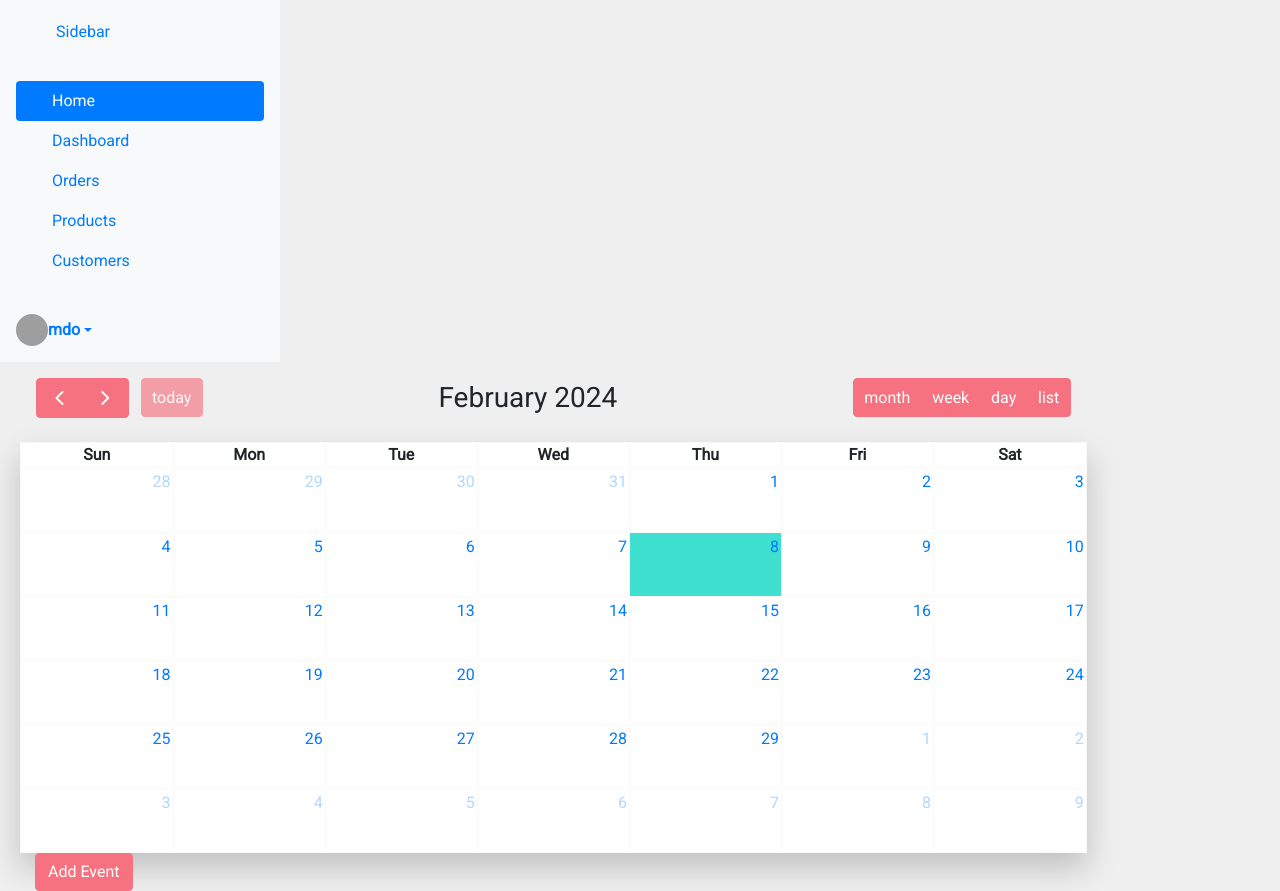
Repository: marios-petrov/NuPath
Page: softwareengineering1/calendarapp/templates/dataTest.html
The author's editor kept a copy of each file at every save. The page is drawn from the files as they stood at one save, then again after the next save.
The browser window is 1280 px wide. The pictures show the whole page.
Pictures or frames that could not be fetched are drawn as grey boxes. The template is drawn by Django 5.2. The application's start-up code is not run. The template is opened directly, without the code that normally fills it, so the values that code supplies are empty.

Above is the page before, as saved 2024-02-21 19:43:20.

After the next save:
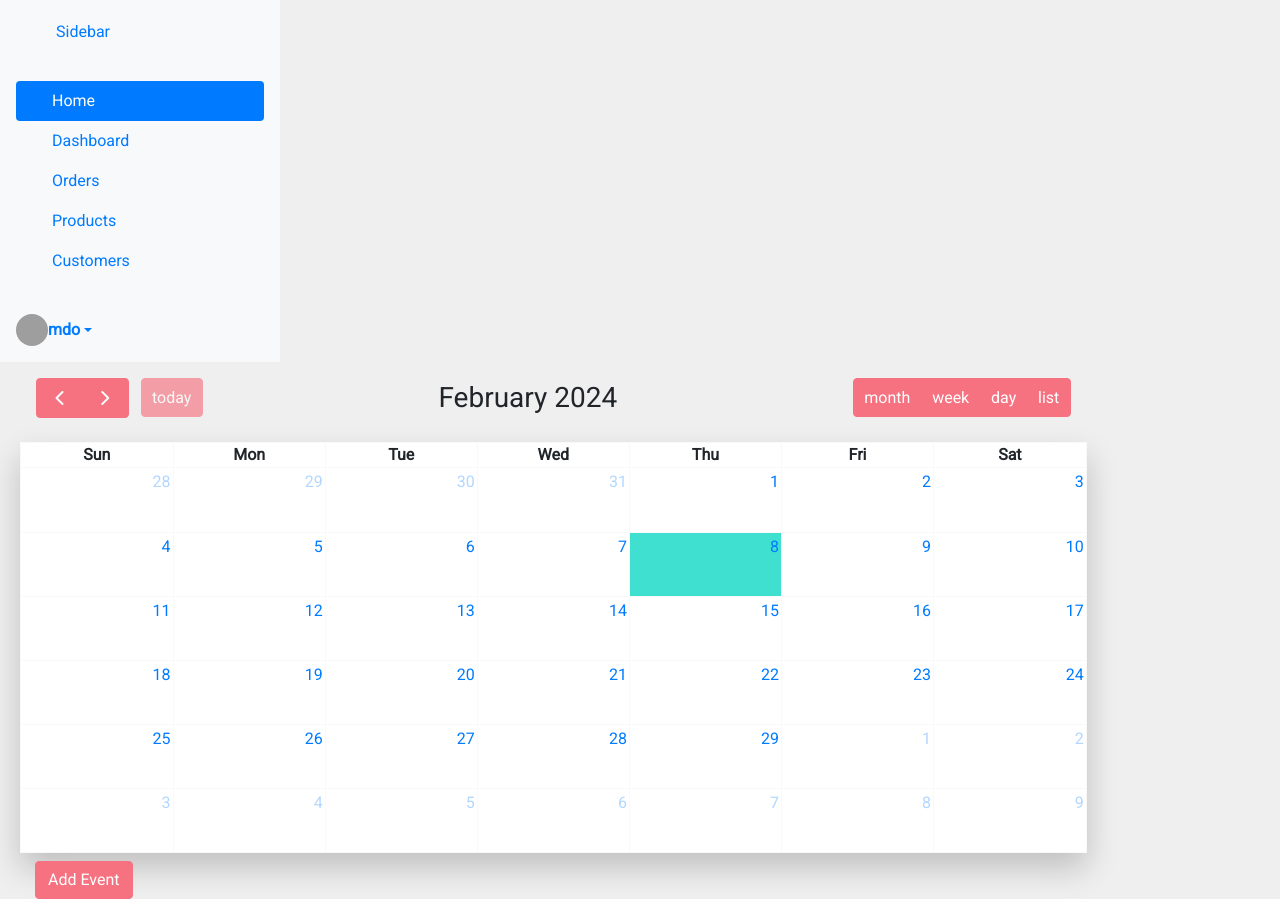
Saved 13 s later.
--- a/softwareengineering1/calendarapp/templates/dataTest.html
+++ b/softwareengineering1/calendarapp/templates/dataTest.html
@@ -8,7 +8,7 @@
 
 <div id='calendar-container' class='col-10 px-0'>
     <div id='calendar'></div>
-    <div class="col-2 pu-2">
+    <div class="col-2 pt-2">
         <button class="btn fc-button-primary fc-button-active">Add Event</button>
     </div>
 </div>
